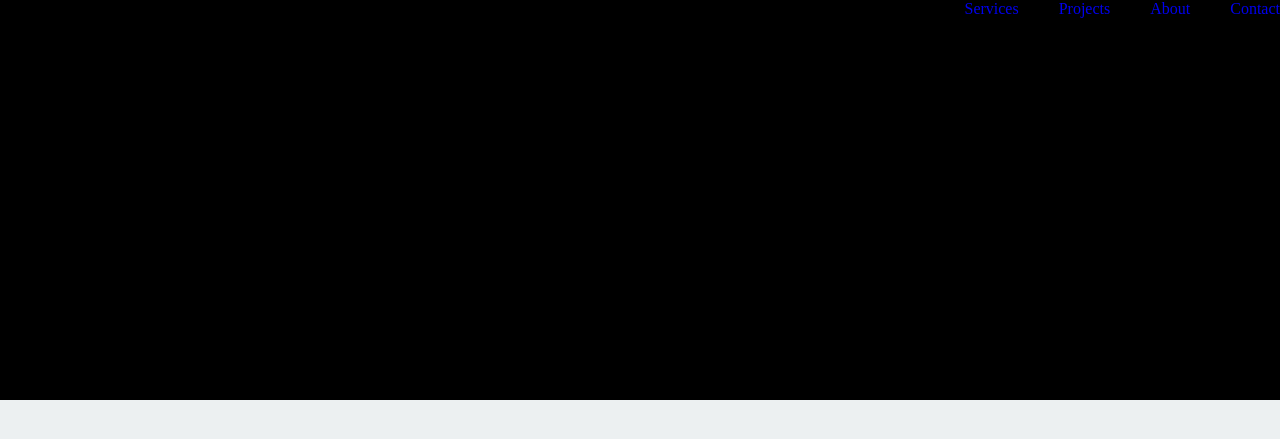
Repository: arifshahriyarnader/css-flexbox
Page: Exercise 1/index.html
An editor plug-in stored every save of this project. The page is shown before and after a run of saves, followed by the edit.
The browser window is 1280 px wide. The pictures show the whole page.

Above is the page before, as saved 2024-06-15 13:04:28.

After the next 2 saves:
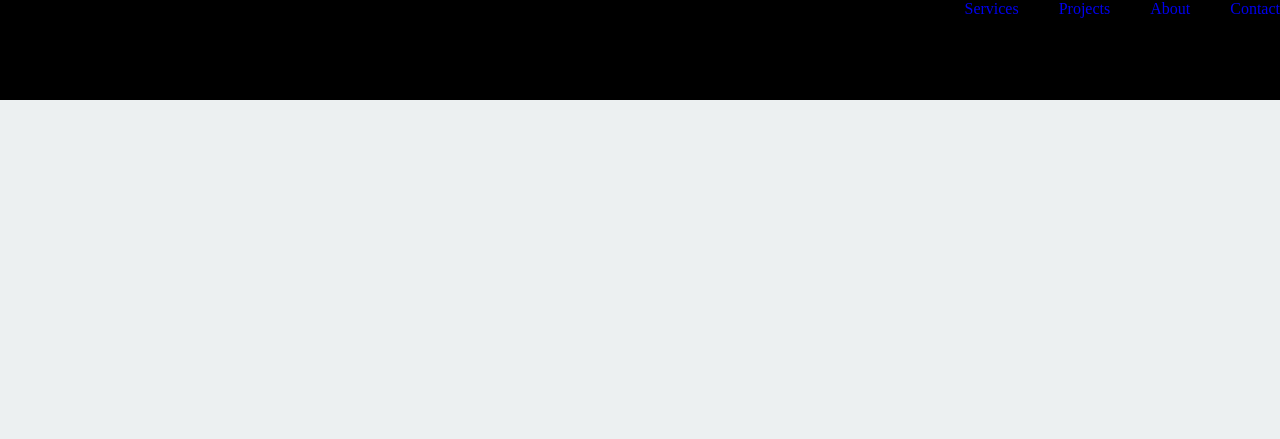
The 2 saves are shown as one change because they came seconds apart.
The last was saved 17 s later.
--- a/Exercise 1/css/style.css
+++ b/Exercise 1/css/style.css
@@ -14,7 +14,7 @@
 }
 .menubar_sec{
     background-color: black;
-    min-height:400px;
+    min-height:100px;
     display:flex;
     justify-content: space-between;
 }
